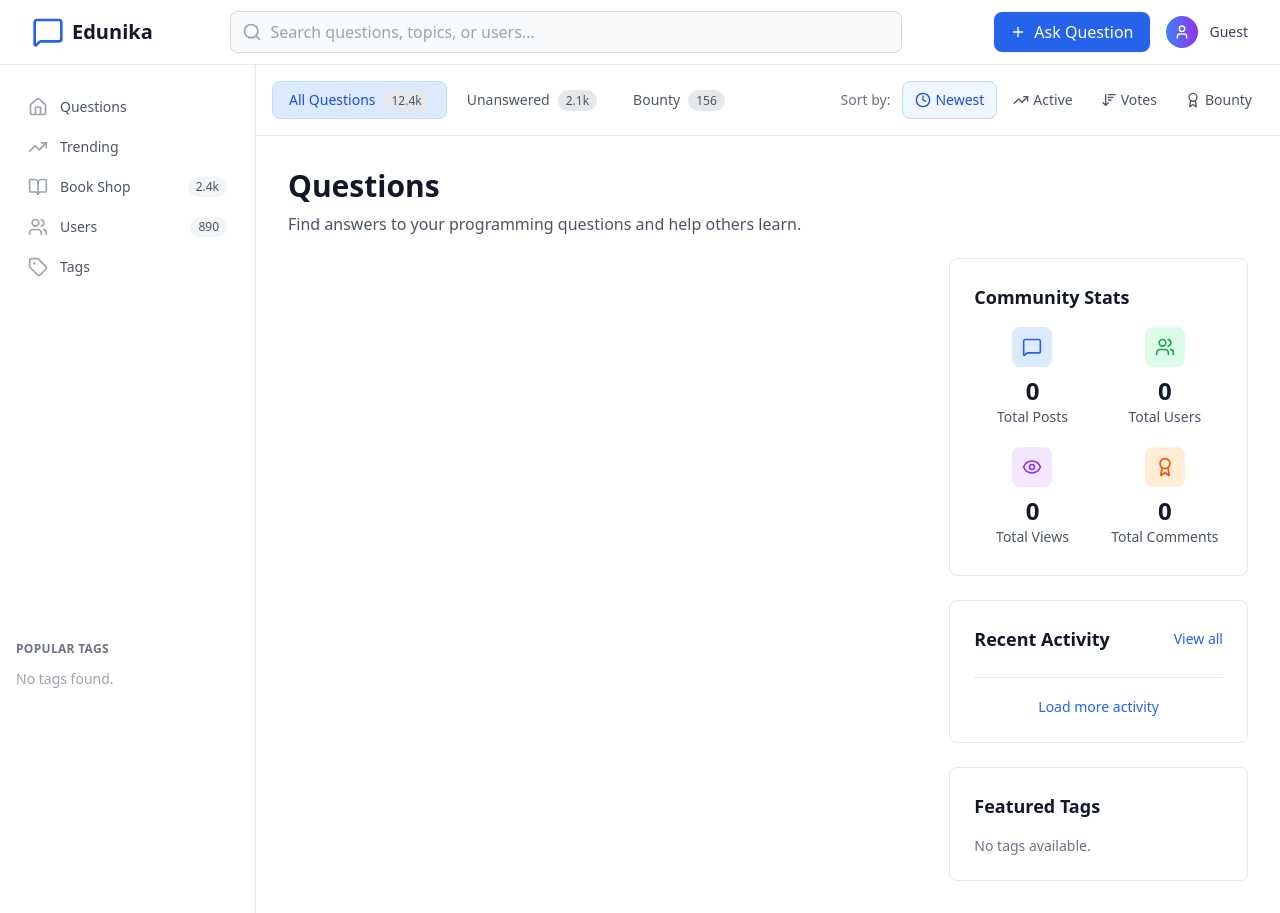
Repository: Ruddro420/forum-front-end
Page: /questions
These files come from the project's save history. The page is drawn as it stood at one moment and after the next save; the edit follows.
The browser window is 1280 px wide. The pictures show the whole page.
The page's requests for data from a server got no answer. The project was rebuilt for these pictures with package versions that can differ from the ones it lists, and the page was loaded fresh each time. No one was signed in, and anything a server would have sent is missing. Also part of the build but not shown: vite.config.js, src/Pages/Home.jsx, src/components/Question/QuestionCard.jsx, src/components/Question/AddQuestionSidebar.jsx, src/Pages/AskQuestion.jsx, src/Pages/ShopPage.jsx, src/Pages/QuestionDetail.jsx, src/Pages/ChatInterface.jsx and 6 more.

Above is the page before, as saved 2025-08-07 01:31:04.

### index.html
<!doctype html>
<html lang="en" data-theme="light">
  <head>
    <meta charset="UTF-8" />
    <link rel="icon" type="image/svg+xml" href="/vite.svg" />
    <meta name="viewport" content="width=device-width, initial-scale=1.0" />
    <title>Edunika</title>
  </head>
  <body>
    <div id="root"></div>
    <script type="module" src="/src/main.jsx"></script>
  </body>
</html>

### src/main.jsx
import { StrictMode } from 'react'
import { createRoot } from 'react-dom/client'
import './index.css'
import { createBrowserRouter, RouterProvider } from "react-router";
import MainLayout from './Layouts/MainLayout';
import Home from './Pages/Home';
import ForumPage from './Pages/ForumPage';
import AskQuestion from './Pages/AskQuestion';
import ShopPage from './Pages/ShopPage';
import QuestionDetail from './Pages/QuestionDetail';
import ChatInterface from './Pages/ChatInterface';
import StudentProfile from './Pages/StudentProfile';
import StudentDashboard from './Pages/StudentDashboard';
import Register from './Pages/Register';
import Login from './Pages/Login';
import PrivateRoute from './Auth/PrivateRoute';
import { AuthProvider } from './Auth/context/AuthContext';

const router = createBrowserRouter([
  {
    path: "",
    element: <MainLayout />,
    children: [
      { path: "/", element: <ForumPage /> },
      { path: "/questions", element: <ForumPage /> },
      { path: "/shop", element: <ShopPage /> },
    ]
  },
  {
    path: "",
    element: <PrivateRoute><MainLayout /></PrivateRoute>,
    children: [
      { path: "/ask-question", element: <AskQuestion /> },
      { path: "/question-detail/:id", element: <QuestionDetail /> },
      { path: "/chat/", element: <ChatInterface /> },
      { path: "/profile", element: <StudentProfile /> },
      { path: "/dashboard", element: <StudentDashboard /> },
    ]
  },
  { path: "/register", element: <Register /> },
  { path: "/login", element: <Login /> }
]);

createRoot(document.getElementById('root')).render(
  <StrictMode>
    <AuthProvider>
      <RouterProvider router={router} />
    </AuthProvider>
  </StrictMode>,
)

### src/index.css
@tailwind base;
@tailwind components;
@tailwind utilities;




/* :root {
  font-family: system-ui, Avenir, Helvetica, Arial, sans-serif;
  line-height: 1.5;
  font-weight: 400;

  color-scheme: light dark;
  color: rgba(255, 255, 255, 0.87);
  background-color: #242424;

  font-synthesis: none;
  text-rendering: optimizeLegibility;
  -webkit-font-smoothing: antialiased;
  -moz-osx-font-smoothing: grayscale;
}

@media (prefers-color-scheme: light) {
  :root {
    color: #213547;
    background-color: #ffffff;
  }
  a:hover {
    color: #747bff;
  }
  button {
    background-color: #f9f9f9;
  }
}
 */

### src/Layouts/MainLayout.jsx
import { useState } from "react";
import Header from "./Header";
import { Outlet } from "react-router";
import Sidebar from "./Sidebar";
import { Toaster } from "react-hot-toast";
import ScrollToTop from "../components/ScrollToTop";
import { useAuth } from "../Auth/context/AuthContext";


const MainLayout = () => {
  const [isSidebarOpen, setIsSidebarOpen] = useState(false);
  const { user, logout } = useAuth();

  return (
    <>
      <ScrollToTop />
      {/* {user ? (
        <>
          <span className="text-gray-700">Hi, {user.name}</span>
          <button
            onClick={logout}
            className="bg-red-500 text-white px-3 py-1 rounded hover:bg-red-600"
          >
            Logout
          </button>
        </>
      ) : (
        <a href="/login" className="text-blue-600">Login</a>
      )} */}
      <Header
        onMenuToggle={() => setIsSidebarOpen(!isSidebarOpen)}
        isMenuOpen={isSidebarOpen}
      />
      <div className="flex">
        <Sidebar
          isOpen={isSidebarOpen}
          onClose={() => setIsSidebarOpen(false)}
        />
        <main className="flex-1 lg:ml-0">
          <Outlet />
        </main>
      </div>
      <Toaster position='top-center' />
    </>
  );
};

export default MainLayout;

### src/Pages/ForumPage.jsx
import React, { useState } from "react";
import FilterBar from "../components/FilterBar";
import ActivityFeed from "../components/ActivityFeed";
import StatsWidget from "../components/StatsWidget";
import QuestionList from "../components/Question/QuestionList";
import { useAuth } from "../Auth/context/AuthContext";

const ForumPage = () => {
  const { posts, fetauredTag } = useAuth();
  const [currentPage, setCurrentPage] = useState(1);
  const postsPerPage = 4;

  const totalPages = Math.ceil(posts.length / postsPerPage);
  const paginatedPosts = posts.slice(
    (currentPage - 1) * postsPerPage,
    currentPage * postsPerPage
  );

  const tags = fetauredTag ? Object.keys(fetauredTag).slice(0, 9) : [];

  return (
    <>
      <FilterBar />
      <div className="mx-auto px-4 sm:px-6 lg:px-8 py-8">
        <div className="grid grid-cols-1 lg:grid-cols-3 gap-8">
          {/* Main Content */}
          <div className="lg:col-span-2">
            <div className="mb-6">
              <h1 className="text-3xl font-bold text-gray-900 mb-2">Questions</h1>
              <p className="text-gray-600">
                Find answers to your programming questions and help others learn.
              </p>
            </div>

            <QuestionList posts={paginatedPosts} />

            {/* Pagination */}
            <div className="mt-8 flex items-center justify-center space-x-2">
              {Array.from({ length: totalPages }, (_, i) => i + 1).map((page) => (
                <button
                  key={page}
                  onClick={() => setCurrentPage(page)}
                  className={`px-4 py-2 text-sm font-medium border rounded-lg ${
                    currentPage === page
                      ? "text-white bg-blue-600 border-blue-600"
                      : "text-gray-700 bg-white border-gray-300 hover:bg-gray-50"
                  }`}
                >
                  {page}
                </button>
              ))}

              {currentPage < totalPages && (
                <button
                  onClick={() => setCurrentPage((prev) => prev + 1)}
                  className="px-4 py-2 text-sm font-medium text-gray-700 bg-white border border-gray-300 rounded-lg hover:bg-gray-50"
                >
                  Next
                </button>
              )}
            </div>
          </div>

          {/* Sidebar Content */}
          <div className="space-y-6 mt-[90px]">
            <StatsWidget />
            <ActivityFeed />

            {/* Featured Tags */}
            <div className="bg-white rounded-lg border border-gray-200 p-6">
              <h3 className="text-lg font-semibold text-gray-900  mb-4">
                Featured Tags
              </h3>
              <div className="flex flex-wrap gap-2">
                {tags.length > 0 ? (
                  tags.map((tag) => (
                    <span
                      key={tag}
                      className="px-3 py-1 bg-blue-100 text-blue-800 rounded-lg text-sm font-medium cursor-pointer hover:bg-blue-200 transition-colors"
                    >
                      {tag}
                    </span>
                  ))
                ) : (
                  <span className="text-sm text-gray-500">
                    No tags available.
                  </span>
                )}
              </div>
            </div>
          </div>
        </div>
      </div>
    </>
  );
};

export default ForumPage;

### src/Auth/context/AuthContext.jsx
/* eslint-disable react-refresh/only-export-components */
import { createContext, useContext, useEffect, useState } from "react";
import { useNavigate } from "react-router";

const AuthContext = createContext(null);

export const AuthProvider = ({ children }) => {
    const [user, setUser] = useState(null);
    const [loading, setLoading] = useState(true);


    // Load user from sessionStorage on refresh
    useEffect(() => {
        fetchUser()

    }, []);



    const fetchUser = async () => {
        const userId = sessionStorage.getItem("userId");
        try {
            const res = await fetch(`${import.meta.env.VITE_SERVER_API}/me/${userId}`, {
                credentials: "include", // important if using cookies
            });
            // console.log("respose of me", res);
            if (!res.ok) throw new Error("Failed to fetch user");
            const data = await res.json();
            setUser(data);
        } catch (error) {
            console.error("Fetch user error:", error);
            setUser(null);
        } finally {
            setLoading(false);
        }
    };

    // Login using POST
    const login = async (email, password) => {
        try {
            const res = await fetch(`${import.meta.env.VITE_SERVER_API}/login`, {
                method: "POST",
                headers: {
                    "Content-Type": "application/json",
                },
                body: JSON.stringify({ email, password }),
            });

            const data = await res.json();
            console.log("logindata", data.user);
            // setUser(data.user);

            // If API returns a user id
            if (data?.user?.id) {
                sessionStorage.setItem("userId", data.user.id); // optional
                await fetchUser(); // ✅ no id needed
                return { success: true };
            } else {
                return { success: false, message: data?.message || "Invalid credentials" };
            }
        } catch (error) {
            console.error("Login error:", error);
            return { success: false, message: "Login failed" };
        }
    };

    // const navigate = useNavigate();

    const logout = () => {
        sessionStorage.removeItem("userId");
        setUser(null);
        window.location.reload();
    };

    const [posts, setPosts] = useState([])

    // fetch post data
    const fetchPost = async () => {
        //   const userId = sessionStorage.getItem("userId");
        try {
            const res = await fetch(`${import.meta.env.VITE_SERVER_API}/posts`);
            // console.log("respose of me",res);
            if (!res.ok) throw new Error("Failed to fetch user");
            const data = await res.json();
            setPosts(data.data);
        } catch (error) {
            console.error("Fetch user error:", error);
            // setUser(null);
        } finally {
            setLoading(false);
        }
    };

    // console.log(posts);

    useEffect(() => {
        fetchPost()
    }, [])

    console.log(posts);






    return (
        <AuthContext.Provider value={{ user, loading, login, logout, fetchUser,posts }}>
            {children}
        </AuthContext.Provider>
    );
};

export const useAuth = () => useContext(AuthContext);

### src/components/ScrollToTop.jsx
import { useEffect } from 'react';
import { useLocation } from 'react-router';

const ScrollToTop = () => {
  const { pathname } = useLocation();

  useEffect(() => {
    window.scrollTo({
      top: 0,
      behavior: 'smooth', // or 'auto' if you want instant scroll
    });
  }, [pathname]);

  return null;
};

export default ScrollToTop;

### src/components/FilterBar.jsx
import { Award, Calendar, Clock, Filter, SortDesc, TrendingUp } from "lucide-react";
import { useState } from "react";


const FilterBar = () => {
  const [activeFilter, setActiveFilter] = useState('newest');
  const [activeTab, setActiveTab] = useState('all');

  const filterOptions = [
    { id: 'newest', label: 'Newest', icon: Clock },
    { id: 'active', label: 'Active', icon: TrendingUp },
    { id: 'votes', label: 'Votes', icon: SortDesc },
    { id: 'bounty', label: 'Bounty', icon: Award },
  ];

  const tabs = [
    { id: 'all', label: 'All Questions', count: '12.4k' },
    { id: 'unanswered', label: 'Unanswered', count: '2.1k' },
    { id: 'bounty', label: 'Bounty', count: '156' },
  ];

  return (
    <div className="bg-white border-b border-gray-200 px-4 py-4">
      <div className="max-w-7xl mx-auto">
        {/* Tabs */}
        <div className="flex flex-wrap items-center justify-between">
          <div className="flex space-x-1">
            {tabs.map((tab) => (
              <button
                key={tab.id}
                onClick={() => setActiveTab(tab.id)}
                className={`px-4 py-2 text-sm font-medium rounded-lg transition-colors ${
                  activeTab === tab.id
                    ? 'bg-blue-100 text-blue-700 border border-blue-200'
                    : 'text-gray-600 hover:text-gray-900 hover:bg-gray-50'
                }`}
              >
                {tab.label}
                <span className="ml-2 text-xs bg-gray-200 text-gray-600 px-2 py-0.5 rounded-full">
                  {tab.count}
                </span>
              </button>
            ))}
          </div>

          <div className="flex items-center space-x-3">
            <span className="text-sm text-gray-500">Sort by:</span>
            <div className="flex space-x-1">
              {filterOptions.map((option) => (
                <button
                  key={option.id}
                  onClick={() => setActiveFilter(option.id)}
                  className={`flex items-center px-3 py-2 text-sm font-medium rounded-lg transition-colors ${
                    activeFilter === option.id
                      ? 'bg-blue-50 text-blue-700 border border-blue-200'
                      : 'text-gray-600 hover:text-gray-900 hover:bg-gray-50'
                  }`}
                >
                  <option.icon className="h-4 w-4 mr-1" />
                  {option.label}
                </button>
              ))}
            </div>
          </div>
        </div>

        {/* Active Filters */}
        {/* <div className="flex items-center justify-between">
          <div className="flex items-center space-x-4">
            <span className="text-sm text-gray-500">
              Showing 12,456 questions
            </span>
            <div className="flex items-center space-x-2">
              <Filter className="h-4 w-4 text-gray-400" />
              <span className="text-sm text-gray-600">
                Filtered by: JavaScript, React
              </span>
              <button className="text-sm text-blue-600 hover:text-blue-700">
                Clear filters
              </button>
            </div>
          </div>

          <button className="text-sm text-gray-600 hover:text-gray-900 flex items-center">
            <Calendar className="h-4 w-4 mr-1" />
            Last 30 days
          </button>
        </div> */}
      </div>
    </div>
  );
};

export default FilterBar;

### src/components/ActivityFeed.jsx
import React from 'react';
import { MessageSquare, Award, TrendingUp, Users, Clock, UserCircle } from 'lucide-react';
import { useAuth } from '../Auth/context/AuthContext';
import { format } from 'timeago.js';
import { NavLink } from 'react-router';

const ActivityFeed = () => {
  const { recentPost } = useAuth()

  return (
    <div className="bg-white rounded-lg border border-gray-200 p-6 ">
      <div className="flex items-center justify-between mb-4">
        <h3 className="text-lg font-semibold text-gray-900 ">
          Recent Activity
        </h3>
        <button className="text-sm text-blue-600 hover:text-blue-700 ">
          View all
        </button>
      </div>

      <div className="space-y-4">
        {recentPost?.map((post) => (
          <div key={post.id} className="flex items-start space-x-3">
            <div className="p-2 rounded-lg bg-blue-100 ">
              <MessageSquare className="h-4 w-4 text-blue-600 " />
            </div>
            <NavLink to={`/question-detail/${post.id}`} className="flex-1 min-w-0 cursor-pointer">
              <p className="text-sm text-gray-900  font-medium">
                {post.title}
              </p>
              <p className="text-xs text-gray-500 ">

                <span className="font-bold text-green-900 mr-2">
                  {post.category?.name || "N/A"}
                </span>
                ||
                <span className="font-bold text-orange-900 ml-2">
                   {post.sub_category?.name || "N/A"}
                </span>
              </p>
              <div className="flex items-center mt-1 text-xs text-gray-500">
                <UserCircle className="h-3 w-3 mr-1" />
                <span>{post.student?.name || "Admin"}</span>
                <span className="mx-1">•</span>
                <Clock className="h-3 w-3 mr-1" />
                {/* <span>{moment(post.created_at).fromNow()}</span> */}
                <span>{format(post.created_at)}</span>
              </div>
            </NavLink>
          </div>
        ))}
      </div>

      <div className="mt-6 pt-4 border-t border-gray-200">
        <button className="w-full text-center text-sm text-blue-600 hover:text-blue-700  font-medium">
          Load more activity
        </button>
      </div>
    </div>
  );
};

export default ActivityFeed;

### src/components/StatsWidget.jsx
import { Award, Eye, MessageSquare, Users } from "lucide-react";
import { useAuth } from "../Auth/context/AuthContext";

const StatsWidget = () => {
  const { stats } = useAuth();

  const statsData = [
    {
      label: "Total Posts",
      value: stats?.total_posts ?? 0,
      change: "+234",
      changeType: "increase",
      icon: MessageSquare,
      color: "text-blue-600",
      bgColor: "bg-blue-100",
    },
    {
      label: "Total Users",
      value: stats?.total_users ?? 0,
      change: "+156",
      changeType: "increase",
      icon: Users,
      color: "text-green-600",
      bgColor: "bg-green-100",
    },
    {
      label: "Total Views",
      value: stats?.total_views ?? 0,
      change: "+12%",
      changeType: "increase",
      icon: Eye,
      color: "text-purple-600",
      bgColor: "bg-purple-100",
    },
    {
      label: "Total Comments",
      value: stats?.total_comments ?? 0,
      change: "+45",
      changeType: "increase",
      icon: Award,
      color: "text-orange-600",
      bgColor: "bg-orange-100",
    },
  ];

  return (
    <div className="bg-white rounded-lg border border-gray-200 p-6 ">
      <h3 className="text-lg font-semibold text-gray-900  mb-4">
        Community Stats
      </h3>

      <div className="grid grid-cols-2 gap-4">
        {statsData.map((stat, index) => {
          const Icon = stat.icon;
          return (
            <div key={index} className="text-center">
              <div
                className={`inline-flex items-center justify-center w-10 h-10 rounded-lg ${stat.bgColor} mb-2`}
              >
                <Icon className={`h-5 w-5 ${stat.color}`} />
              </div>
              <div className="text-2xl font-bold text-gray-900 ">
                {stat.value}
              </div>
              <div className="text-sm text-gray-600  mb-1">
                {stat.label}
              </div>
              {/* <div className="text-xs text-green-600 font-medium">
                {stat.change} this week
              </div> */}
            </div>
          );
        })}
      </div>
    </div>
  );
};

export default StatsWidget;

### src/components/Question/QuestionList.jsx
// import questions from '../../../public/data/questions.json'
import { useAuth } from '../../Auth/context/AuthContext';
import QuestionCard from './QuestionCard';

const QuestionList = () => {
const {posts} = useAuth();
console.log(posts);


  return (
    <div className="space-y-4">
      {posts?.map((question) => (
        <QuestionCard key={question.id} question = {question} />
      ))}
    </div>
  );
};

export default QuestionList;

Loaded but not shown: tailwind.config.js (common file); src/Layouts/Sidebar.jsx (138 lines, source omitted); src/Layouts/Header.jsx (77 lines, source omitted)

After the next save:
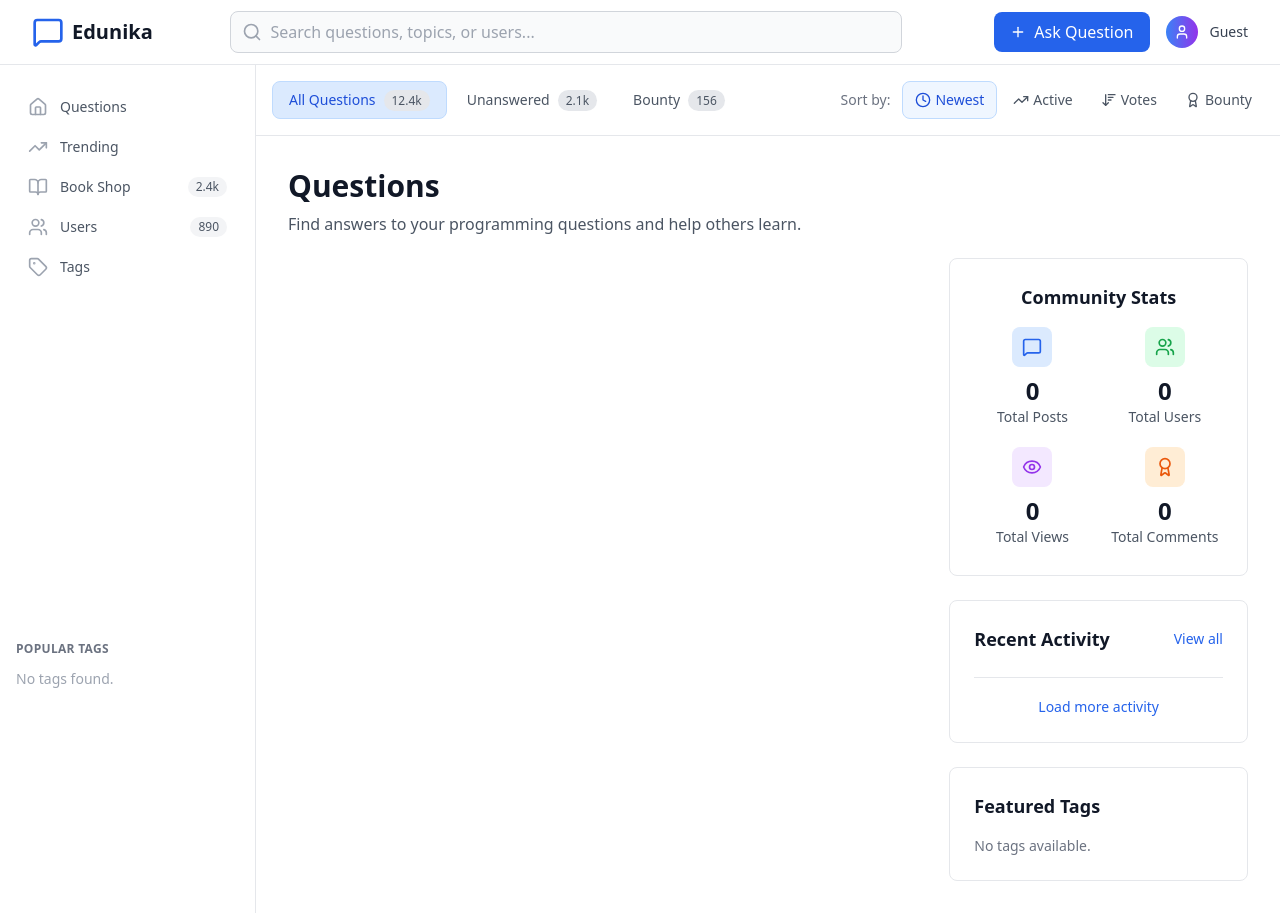
Saved 7 s later.
--- a/src/components/StatsWidget.jsx
+++ b/src/components/StatsWidget.jsx
@@ -45,7 +45,7 @@ const StatsWidget = () => {
 
   return (
     <div className="bg-white rounded-lg border border-gray-200 p-6 ">
-      <h3 className="text-lg font-semibold text-gray-900  mb-4">
+      <h3 className="text-lg font-semibold text-gray-900  mb-4 text-center">
         Community Stats
       </h3>
 
